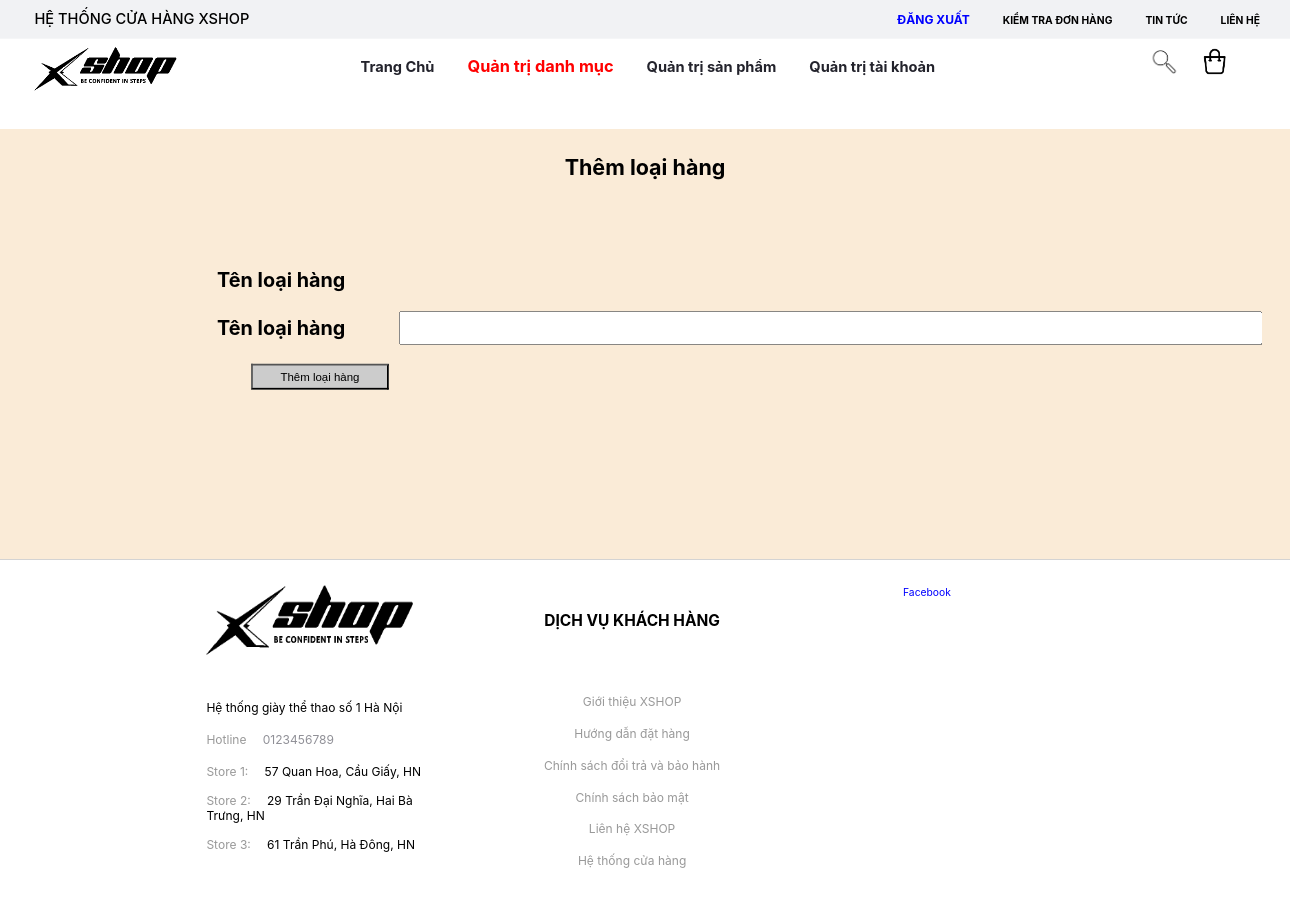
Repository: tienaq123/dam
Page: http://localhost/ass/ad/themdanhmuc.php
The author's editor kept a copy of each file at every save. The page is drawn from the files as they stood at one save, then again after the next save.
The browser window is 1280 px wide. The page is 1500 px wide, so the pictures cover 1500 px, including what lies to the right of the window. The pictures show the whole page, at 86% of full size.
The page is run by PHP 8.4 with error messages shown; the project is at /var/www/html/.

Above is the page before, as saved 2021-10-21 03:31:31.

After the next save:
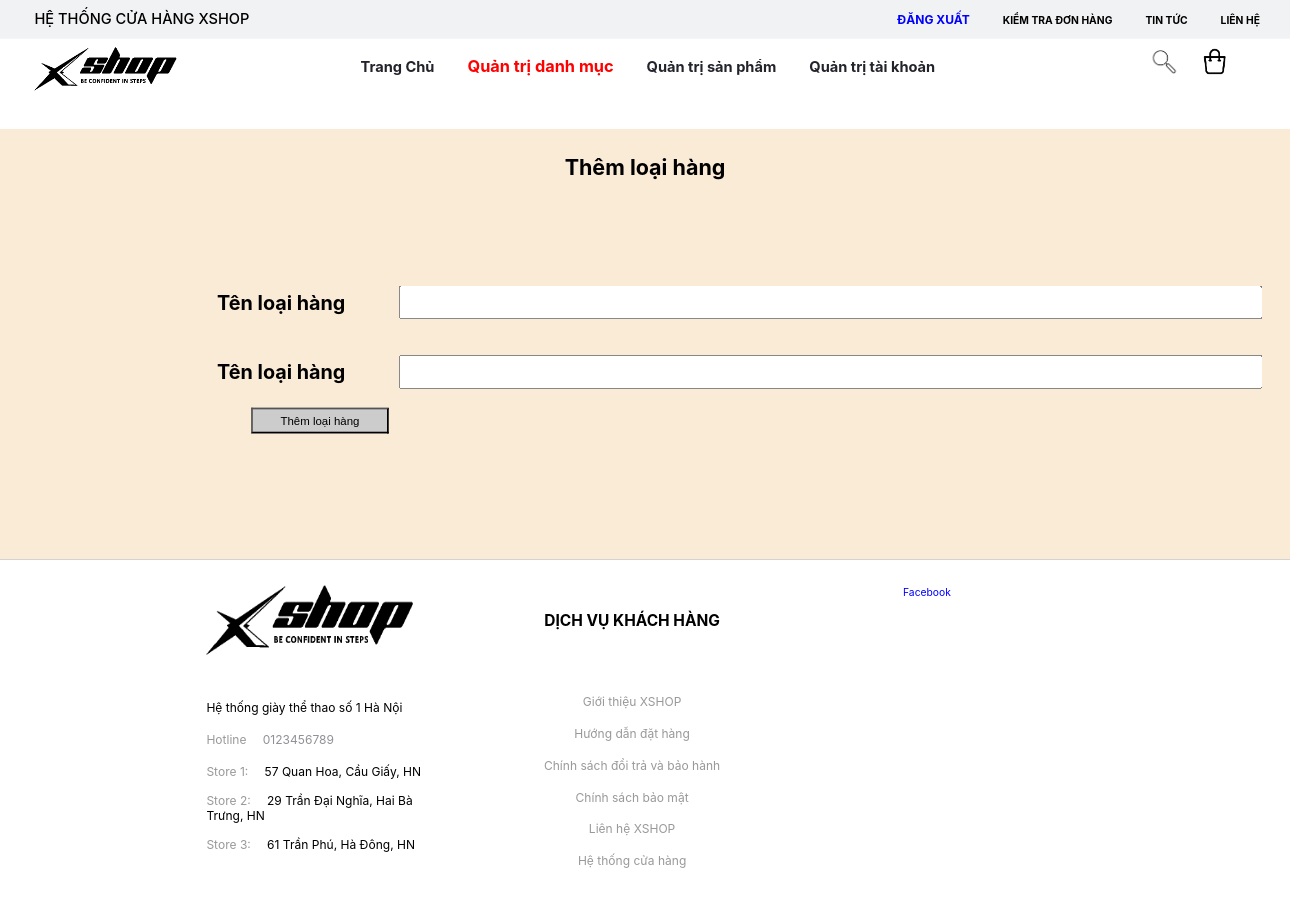
Saved 45 s later.
--- a/ad/themdanhmuc.php
+++ b/ad/themdanhmuc.php
@@ -9,10 +9,11 @@
     <link rel="stylesheet" href="../css/themdm.css">
 </head>
 <style>
-    .main{
+    .main {
         margin-left: 200px;
     }
 </style>
+
 <body>
 
 
@@ -23,7 +24,7 @@
                 <h2> HỆ THỐNG CỬA HÀNG XSHOP</h2>
             </a>
             <ul>
-            <li><a class="active" style="color:blue; font-size: 14px;" href="../logout.php">ĐĂNG XUẤT</a></li>
+                <li><a class="active" style="color:blue; font-size: 14px;" href="../logout.php">ĐĂNG XUẤT</a></li>
                 <li><a href="product.php">KIỂM TRA ĐƠN HÀNG</a></li>
                 <li><a href="product.php">TIN TỨC</a></li>
                 <li><a href="product.php">LIÊN HỆ</a></li>
@@ -59,13 +60,17 @@
                         <td>
                             <Span style="font-size: 23px; font-weight:bold;">Tên loại hàng </Span>
                         </td>
+                        <td>
+                            <input style="margin: 20px 0px 20px 10px;  width: 1000px; height: 35px;" type="text" name="tendanhmuc"> <br>
+                        </td>
+                    </tr>
                     </tr>
                     <tr>
-                    <td>
+                        <td>
                             <Span style="font-size: 23px; font-weight:bold;">Tên loại hàng </Span>
                         </td>
                         <td>
-                        <input style="margin: 20px 0px 20px 10px;  width: 1000px; height: 35px;" type="text" name="tendanhmuc"> <br>
+                            <input style="margin: 20px 0px 20px 10px;  width: 1000px; height: 35px;" type="text" name="tendanhmuc"> <br>
                         </td>
                     </tr>
 
@@ -73,7 +78,7 @@
                         <td><input style="background-color: #ccc; width: 160px; height: 30px; margin:0px 0px 20px 90px;" type="submit" value="Thêm loại hàng" name="btn"></td>
                     </tr>
                 </table>
-                 <!-- <input style="margin: 20px 0px 20px 10px; " type="text" name="tendanhmuc"> <br>
+                <!-- <input style="margin: 20px 0px 20px 10px; " type="text" name="tendanhmuc"> <br>
                 <input style="background-color: #ccc; width: 160px; height: 30px; margin:0px 0px 20px 90px;" type="submit" value="Thêm danh mục" name="btn"> -->
             </form>
             <?php
